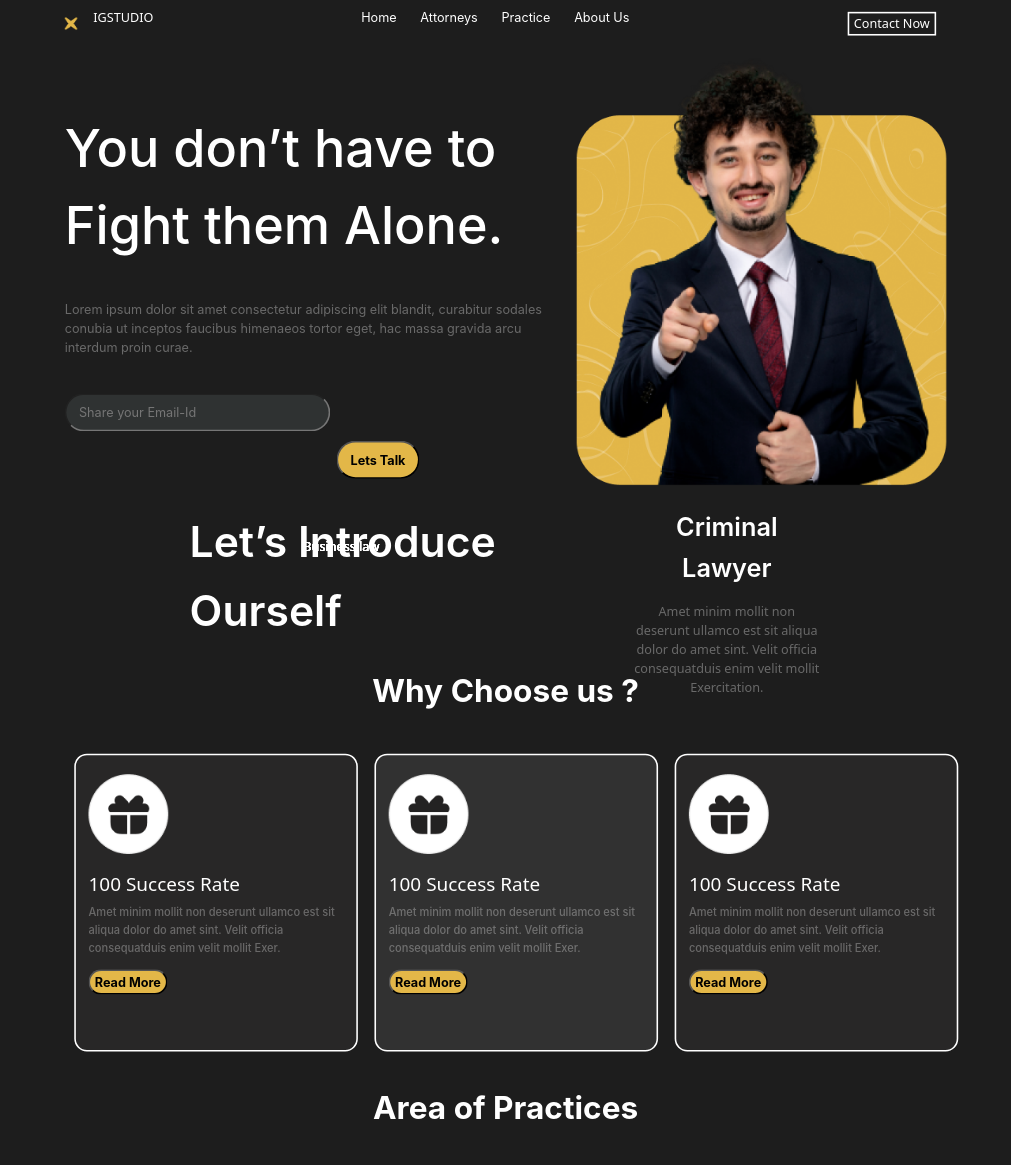
Repository: Senthil-Bala/LawFirm
Page: /
An editor plug-in stored every save of this project. The page is shown before and after the next save, followed by the edit.
The browser window is 1280 px wide. The pictures show the part of the page from y = 0 to 1475 px (the page is 3939 px tall), at 79% of full size.
Pictures or frames that could not be fetched are drawn as grey boxes. The project was rebuilt for these pictures with package versions that can differ from the ones it lists, and the page was loaded fresh each time. Also part of the build but not shown: src/App.css, src/Components/Frequents/Accordionss.css, src/Components/Frequents/Accordionss.jsx.

Above is the page before, as saved 2023-11-29 18:49:56.

After the next save:
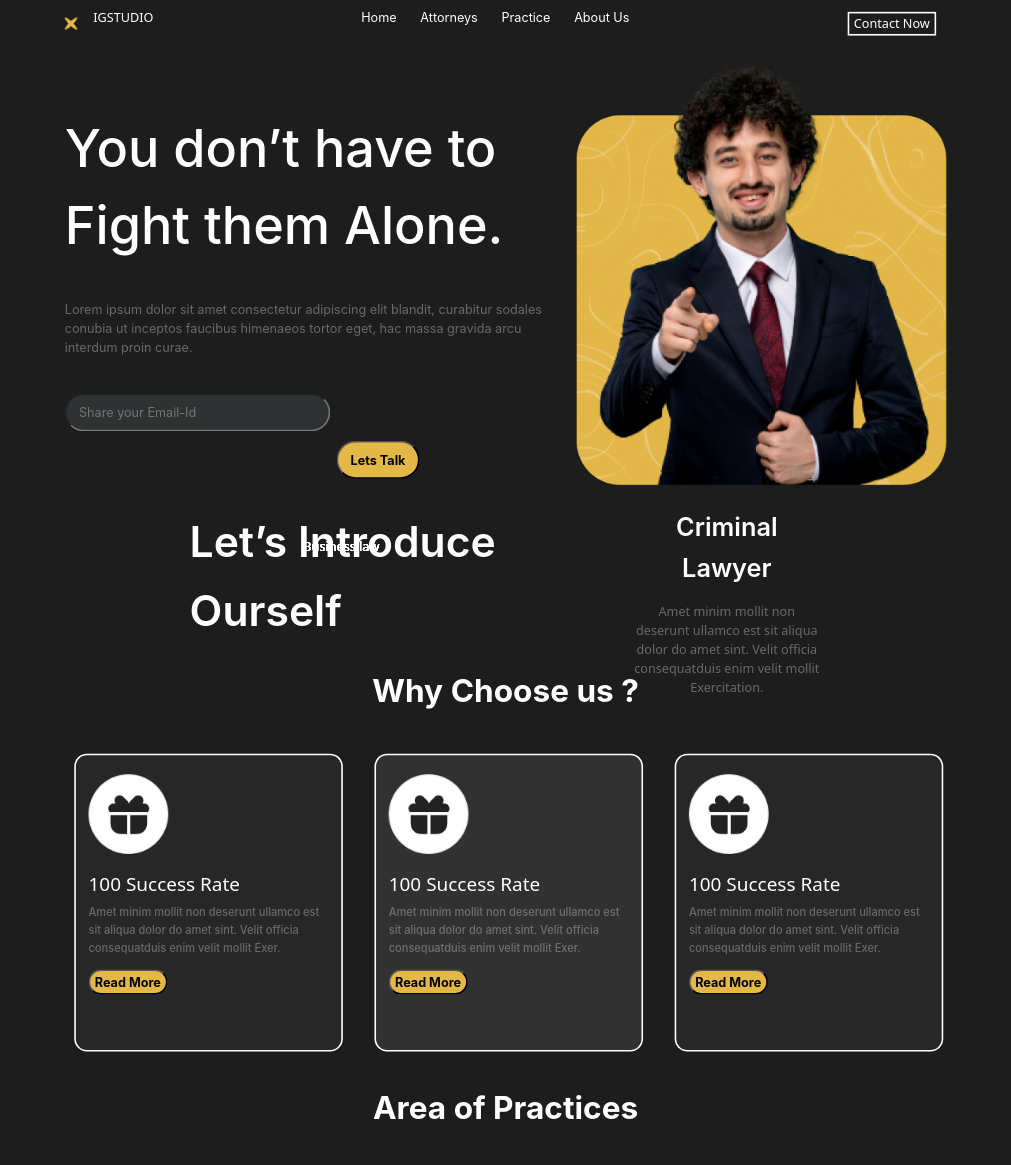
Saved 49 s later.
--- a/src/Components/Box/Boxes.css
+++ b/src/Components/Box/Boxes.css
@@ -7,7 +7,7 @@
     justify-content: space-between;
 }
 .box1,.box2,.box3{
-    width: 359px;
+    width: 340px;
 height: 377px;
 padding: 1rem;
 text-align: left;
